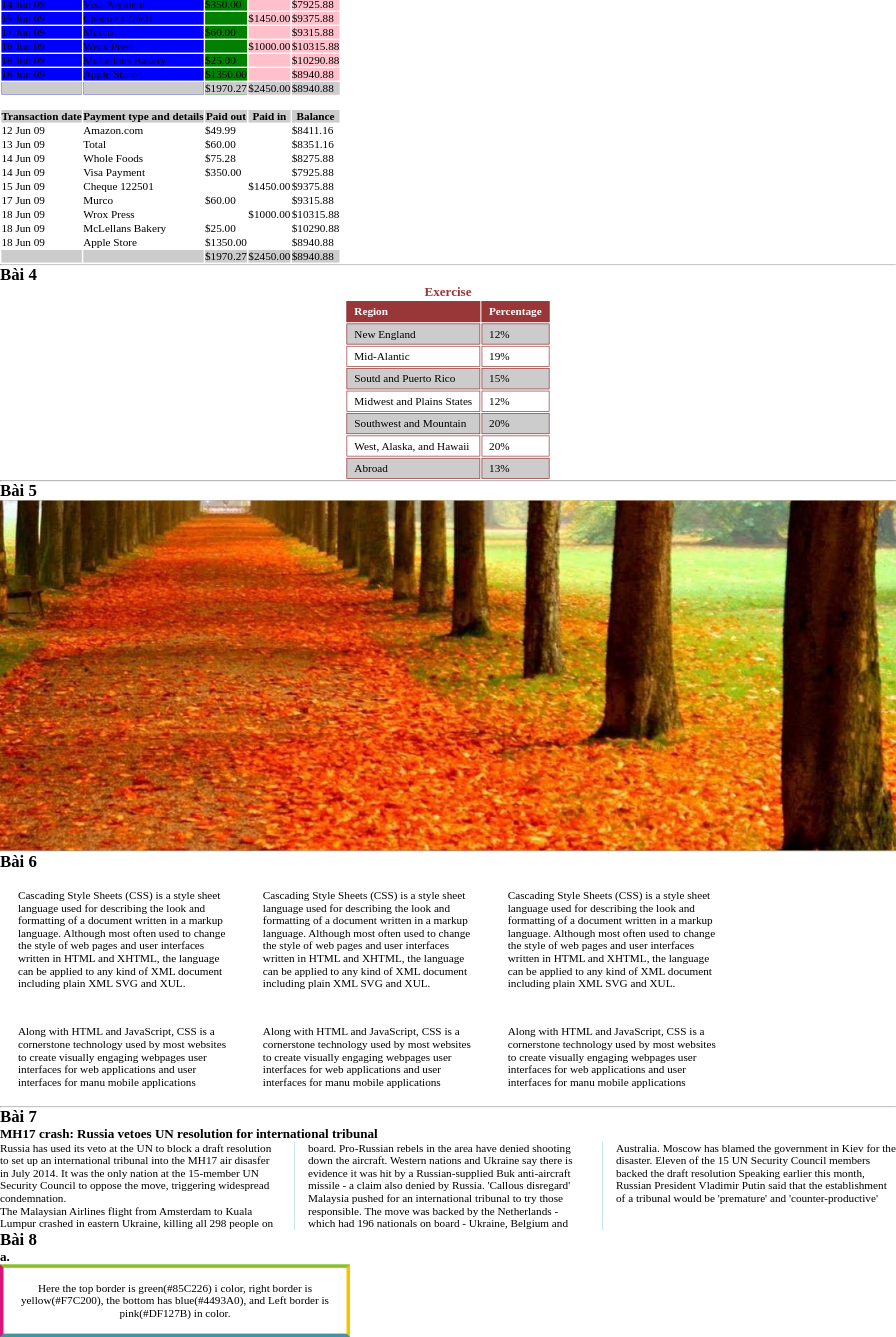
Repository: hoangnguyen1903/STT_21084321_NguyenHuyHoang_DHKHMT17B
Page: html/index.html
These files come from the project's save history. The page is drawn as it stood at one moment and after the next save; the edit follows.
The browser window is 1280 px wide. The pictures show the part of the page from y = 743 to 2663 px (the page is 2653 px tall before and 2663 px after), at 70% of full size.

Above is the page before, as saved 2023-03-03 14:40:08.

After the next save:
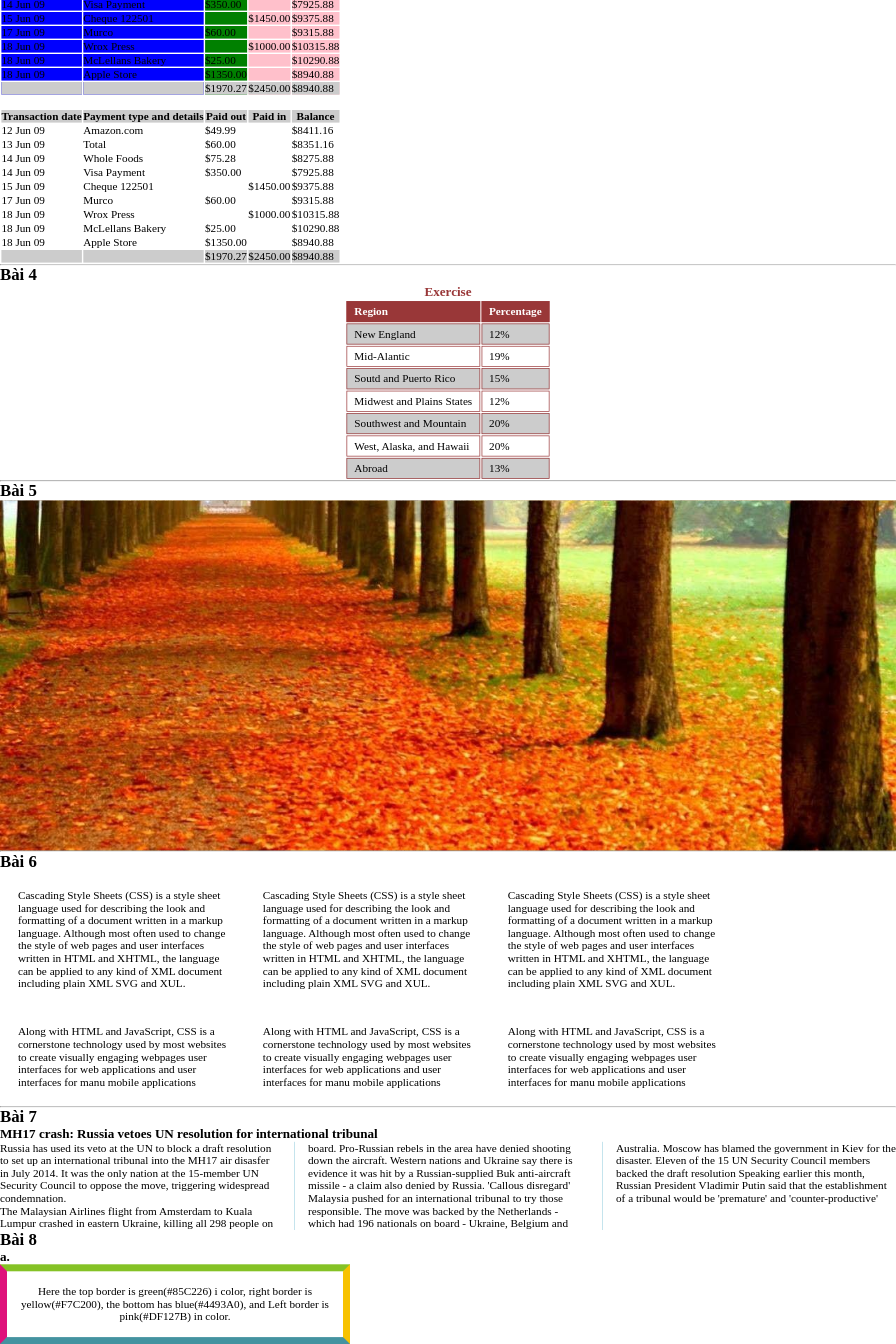
Saved 11 s later.
--- a/html/index.html
+++ b/html/index.html
@@ -98,7 +98,7 @@
         width: 500px;
         padding: 20px;
         text-align: center;
-        border-width: 5px;
+        border-width: 10px;
         border-style: solid;
         border-color: #85c226 #f7c200 #4493a0 #df127b;
       }
